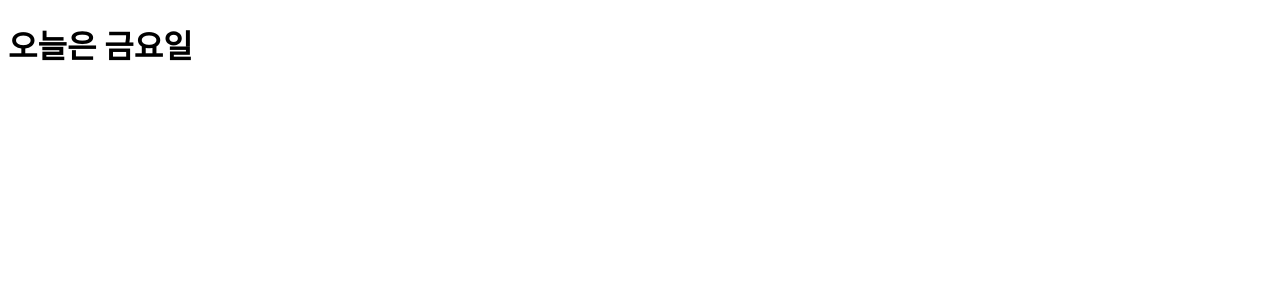
Repository: leejonggwon/Amora-Project
Page: http://localhost/JSP/EX01JSPTest.jsp
An editor plug-in stored every save of this project. The page is shown before and after the next save, followed by the edit.
The browser window is 1280 px wide. The pictures show the whole page.
The page is served by Tomcat 9.

Above is the page before, as saved 2023-07-21 09:29:53.

### 04.Server/JSP/src/main/webapp/EX01JSPTest.jsp
<%@ page language="java" contentType="text/html; charset=EUC-KR"
    pageEncoding="EUC-KR"%>
<!DOCTYPE html>
<html>
<head>
<meta charset="EUC-KR">
<title>Insert title here</title>
<style type = "text/css"> /* type="text/css"는 해당 스타일 시트가 CSS임을 나타냅니다 */

/* CSS주석 */

</style>
<script type = "text/javascript">
    // type="text/javascript"는 해당 스크립트가 JavaScript임을 나타냅니다.
	// js 주석
</script>
</head>
<%


	// 이 공간은 자바코드만 쓸 수 있는 공간이다
	int num =10;
	String name = "호두아빠";
	System.out.println(num);

%>

<body>
	<!--  각종 주석 설명 -->
	<!--  HTML 주석 -->
	<%-- JSP 주석 --%>
	<%-- JSP 주석은 개발자 환경에서도 노출되지 않는다 --%>




	<h1>오늘은 금요일</h1>
</body>
</html>

After the next save:
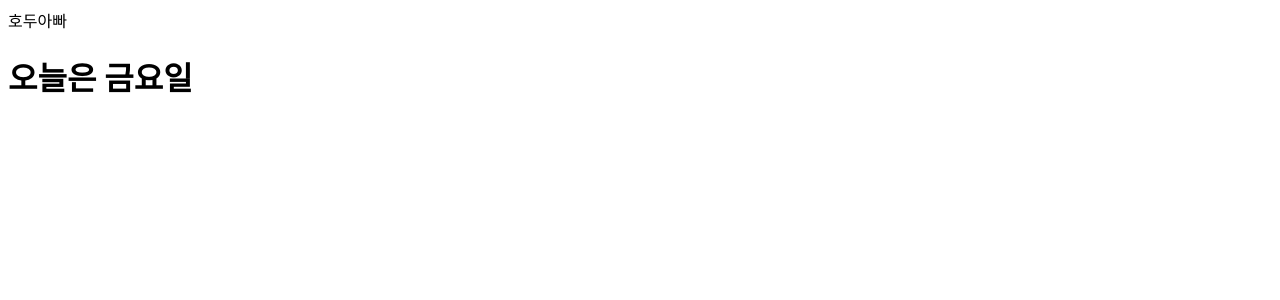
Saved 5 min 15 s later.
--- a/04.Server/JSP/src/main/webapp/EX01JSPTest.jsp
+++ b/04.Server/JSP/src/main/webapp/EX01JSPTest.jsp
@@ -16,14 +16,16 @@
 </script>
 </head>
 <%
+	// 이 공간은 자바코드만 쓸 수 있는 공간이다
+	int num = 10;
+	String name = "호두아빠";
+%>
 
+<%
+	int age = 20;
+%>
 
-	// 이 공간은 자바코드만 쓸 수 있는 공간이다
-	int num =10;
-	String name = "호두아빠";
-	System.out.println(num);
-
-%>
+<%= name  %> <!-- 출력 -->
 
 <body>
 	<!--  각종 주석 설명 -->
